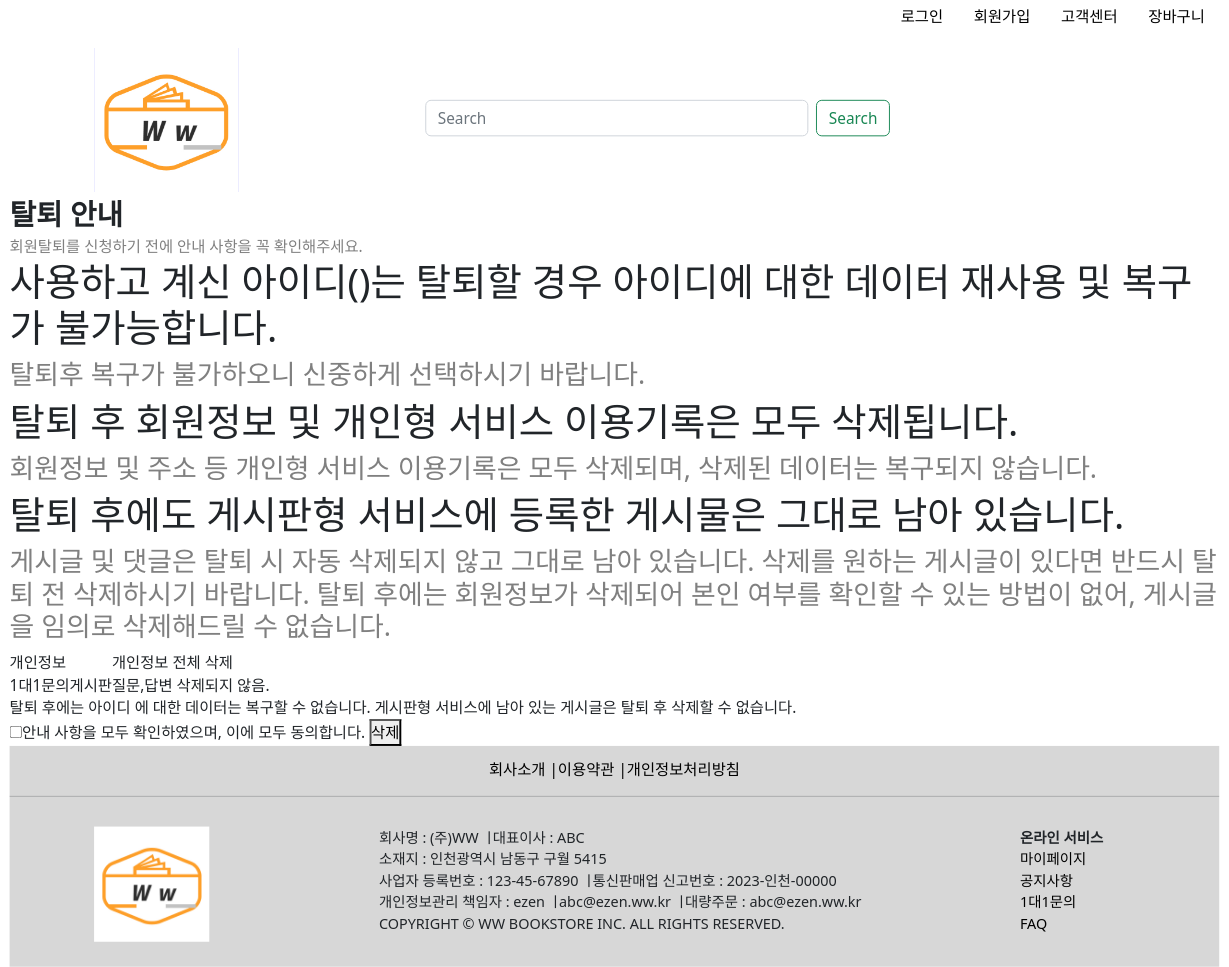
Repository: leehyeonung/project6
Page: http://localhost/book/WEB-INF/views/member/delete.jsp
The author's editor kept a copy of each file at every save. The page is drawn from the files as they stood at one save, then again after the next save.
The browser window is 1280 px wide. The pictures show the whole page, at 96% of full size.
The page is served by Tomcat 9. Nobody is signed in. Other server files are loaded and not shown. The template is opened directly, without the code that normally fills it, so the values that code supplies are empty.

Above is the page before, as saved 2023-01-06 05:46:23.

### book/src/main/webapp/WEB-INF/views/member/delete.jsp
<%@ page language="java" contentType="text/html; charset=UTF-8"
    pageEncoding="UTF-8"%>
<%@ taglib uri="http://java.sun.com/jsp/jstl/core" prefix="c"%>
<link rel="stylesheet" type="text/css" href="/resources/css/delete.css">

<!DOCTYPE html>
<html>
<head>
<meta charset="UTF-8">
<title>Insert title here</title>
<link rel="stylesheet" type="text/css" href="/resources/css/main.css">
</head>
<body>

<jsp:include page="../layout/header.jsp"></jsp:include>
<div class="main">
<div class="subject">탈퇴 안내</div>
<div class="short">회원탈퇴를 신청하기 전에 안내 사항을 꼭 확인해주세요.</div>
<h1>사용하고 계신 아이디(${ses.mem_id})는 탈퇴할 경우 아이디에 대한 데이터 재사용 및 복구가 불가능합니다.</h1>
<h3>탈퇴후 복구가 불가하오니 신중하게 선택하시기 바랍니다.</h3>
<h1>탈퇴 후 회원정보 및 개인형 서비스 이용기록은 모두 삭제됩니다.</h1>
<h3>회원정보 및 주소 등 개인형 서비스 이용기록은 모두 삭제되며, 삭제된 데이터는 복구되지 않습니다.</h3>
<h1>탈퇴 후에도 게시판형 서비스에 등록한 게시물은 그대로 남아 있습니다.</h1>
<h3> 게시글 및 댓글은 탈퇴 시 자동 삭제되지 않고 그대로 남아 있습니다.
삭제를 원하는 게시글이 있다면 반드시 탈퇴 전 삭제하시기 바랍니다.
탈퇴 후에는 회원정보가 삭제되어 본인 여부를 확인할 수 있는 방법이 없어, 게시글을 임의로 삭제해드릴 수 없습니다.</h3>
<table>
<tr>
<td>개인정보</td>
<td>개인정보 전체 삭제</td>
</tr>
<tr>
<td>1대1문의게시판</td>
<td>질문,답변 삭제되지 않음.</td>
</tr>
</table>
탈퇴 후에는 아이디 ${ses.mem_id}에 대한 데이터는 복구할 수 없습니다.
게시판형 서비스에 남아 있는 게시글은 탈퇴 후 삭제할 수 없습니다.
<form action="/mem/delete?mem_num=${ses.mem_num}" method="post" >
<input type="checkbox" name="deletecheck" value="okay">안내 사항을 모두 확인하였으며, 이에 모두 동의합니다.
<button type="submit">삭제</button>
</form>
</div>
<jsp:include page="../layout/footer.jsp"></jsp:include>
</body>
</html>

### book/src/main/webapp/WEB-INF/views/layout/header.jsp
<%@ page language="java" contentType="text/html; charset=UTF-8"
    pageEncoding="UTF-8"%>
<%@ taglib uri="http://java.sun.com/jsp/jstl/core" prefix="c"%>
<!DOCTYPE html>
<html>
<head>
<meta charset="UTF-8">
<title>Insert title here</title>
<!-- CSS only -->
<link href="https://cdn.jsdelivr.net/npm/bootstrap@5.2.2/dist/css/bootstrap.min.css"
rel="stylesheet" integrity="sha384-Zenh87qX5JnK2Jl0vWa8Ck2rdkQ2Bzep5IDxbcnCeuOxjzrPF/et3URy9Bv1WTRi"
crossorigin="anonymous">
<link rel="stylesheet" type="text/css" href="/resources/css/header.css">
</head>
<body>

<div class="header">
    <div class="menu">
        <c:if test="${ses.mem_id ==null}">
        <ul><a href="/mem/loginPage">로그인</a></ul>
        <ul><a href="/mem/joinPage">회원가입</a></ul>
        </c:if>
        <c:if test="${ses.mem_id == 'admin' }">
        <ul><a href="/mem/logOut">로그아웃</a></ul>
        <ul><a href="/mem/adminpage">관리인페이지</a></ul>
        </c:if>
        <c:if test="${ses.mem_id !=null && ses.mem_id !='admin' }">
        <ul><a href="/mem/logOut">로그아웃</a></ul>
        <ul><a href="/mem/mypage">마이페이지</a></ul>
        </c:if>
        <ul><a href="#">고객센터</a></ul>
        <ul><a href="#">장바구니</a></ul>
    </div>
    <div class="bar">
       <div class="logo">
         <a href="/"><img src="/resources/image/logo.jpg" alt="로고"></a>
       </div>
         <div class="searchBar">
            <form class="d-flex" role="search">
                 <input class="form-control me-2" type="search" placeholder="Search" aria-label="Search">
                 <button class="btn btn-outline-success" type="submit">Search</button>
              </form>
         </div>
       <div class="icons">
         <a href=""><i class="fa-solid fa-cart-shopping"></i></a>
            <a href=""><i class="fa-solid fa-user"></i></a>
       </div>
    </div>
</div>
</body>
</html>

### book/src/main/webapp/WEB-INF/views/layout/footer.jsp
<%@ page language="java" contentType="text/html; charset=UTF-8"
   pageEncoding="UTF-8"%>
<!DOCTYPE html>
<html>
<head>
<meta charset="UTF-8">
<title>Insert title here</title>
<link rel="stylesheet" type="text/css" href="/resources/css/footer.css">

</head>

<body>
   <div class="footer">
      <div class="footer-top">
         <ul>
            <li><a href="">회사소개 | </a></li>
            <li><a href="">이용약관 | </a></li>
            <li><a href="">개인정보처리방침</a></li>
         </ul>
      </div>
      <hr>
      <div class="address">
         <div class="footer-logo">
            <img src="/resources/image/logo.jpg" alt="로고">
         </div>
         <div class="address-box">
            <ul>
               <li>회사명 : (주)WW <span style="margin-right: -7px;">ㅣ</span>
                  대표이사 : ABC
               </li>

               <li>소재지 : 인천광역시 남동구 구월 5415</li>
               <li>사업자 등록번호 : 123-45-67890 <span style="margin-right: -7px;">ㅣ</span>
                  통신판매업 신고번호 : 2023-인천-00000
               </li>

               <li>개인정보관리 책임자 : ezen <span style="margin-right: -7px;">ㅣ</span>
                  abc@ezen.ww.kr <span style="margin-right: -7px;">ㅣ</span> 대량주문 :
                  abc@ezen.ww.kr
               </li>

               <li>COPYRIGHT © WW BOOKSTORE INC. ALL RIGHTS RESERVED.</li>

            </ul>

         </div>
         <div class="online-serviceBar">
            <strong>온라인 서비스</strong>
            <ul>
               <li><a href="">마이페이지</a></li>
               <li><a href="">공지사항</a></li>
               <li><a href="">1대1문의</a></li>
               <li><a href="">FAQ</a></li>
            </ul>
         </div>
      </div>
   </div>

</body>
</html>

### book/src/main/webapp/resources/css/delete.css
@charset "UTF-8";

.main{
	margin: 0px 196px;
}
.subject{
	font-size: 30px;
	font-weight: bold;

}
.short{
	color: gray;
}
h1{
	font-size: 10px;
}

h3{
	color: gray;
}

### book/src/main/webapp/resources/css/main.css
@charset "UTF-8";

.main{
	width:1260px;
	margin: 0 auto;
}

### book/src/main/webapp/resources/css/header.css
@charset "UTF-8";
*{
	margin: 0px;
	padding: 0px;
}
.header{
    width: 1260px;
    height: 200px;
   /*  background-color: pink; */
}
.menu{
   display: flex;
   justify-content: flex-end;
   padding:5px;

}
.logo{
    width: 150px;
    height: 150px;
    background-color: blue;
}
.logo>a>img{
    width: 150px;
    height: 150px;
}
.searchBar{
   /* position:absolute; */
    width: 484px;
    height: 42px;
    /* background-color: gold; */
    margin-top:54px;
    border-radius: 30px;

}
.bar{

   height: 150px;
   display: flex;
   flex-direction: row;
   flex-wrap:nowrap;
   justify-content:space-around;
/*    align-items: baseline; */


}
i{
    font-size: 42px;
    color: black;
    margin-top:54px;
    margin-right: 20px;
}

### book/src/main/webapp/resources/css/footer.css
@charset "UTF-8";
.footer {
   width: 1260px;
   height: 230px;
   background-color: rgba(175, 175, 175, 0.5);
   margin: 0 auto;
}

.footer-logo {

   width: 120px;
   height: 120px;
   background-color: beige;
}
.footer-logo>img{
   width: 120px;
   height: 120px;
}

.address-box {
   text-align: left;
   padding: 0;
   margin: 0;
}

.address {
   padding: 15px;
   height: 150px;
   display: flex;
   font-size: 15px;
   /* align-items: baseline; */
   flex-direction: row;
   flex-wrap: nowrap;
   justify-content: space-around;
}

ul {
   list-style: none;
}

.footer, .address li {

}

.footer-top {
   text-align: center;
   padding-top: 12px;
}

.footer-top>ul {
   margin: 0;
   padding: 0;
   display: flex;
   justify-content: center;
}

.footer-top>li {
   margin: 0;
   padding: 0;
}

a {
   text-decoration-line: none;
   color: black;
}

a:visited {
   text-decoration: none;
}

a:hover {
   text-decoration: none;
}

a:focus {
   text-decoration: none;
}

a:hover, a:active {
   text-decoration: none;
}

.online-serviceBar {
   padding: 0px;
   margin-left: 20px;
   width: 120px;
   height: 120px;
}

.online-serviceBar>ul {
   margin: 0px;
   padding: 0px;
}

After the next save:
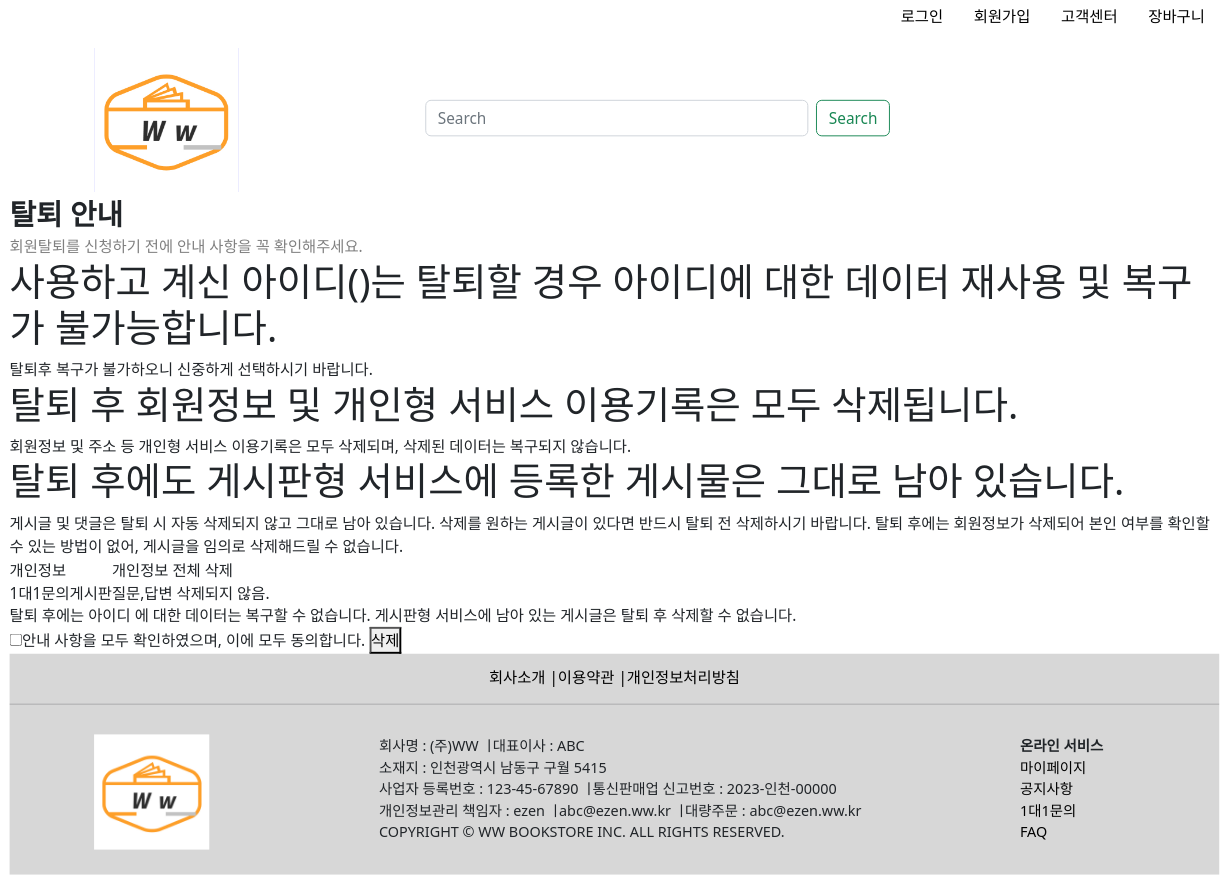
Saved 59 s later.
--- a/book/src/main/webapp/WEB-INF/views/member/delete.jsp
+++ b/book/src/main/webapp/WEB-INF/views/member/delete.jsp
@@ -17,13 +17,13 @@
 <div class="subject">탈퇴 안내</div>
 <div class="short">회원탈퇴를 신청하기 전에 안내 사항을 꼭 확인해주세요.</div>
 <h1>사용하고 계신 아이디(${ses.mem_id})는 탈퇴할 경우 아이디에 대한 데이터 재사용 및 복구가 불가능합니다.</h1>
-<h3>탈퇴후 복구가 불가하오니 신중하게 선택하시기 바랍니다.</h3>
+탈퇴후 복구가 불가하오니 신중하게 선택하시기 바랍니다.
 <h1>탈퇴 후 회원정보 및 개인형 서비스 이용기록은 모두 삭제됩니다.</h1>
-<h3>회원정보 및 주소 등 개인형 서비스 이용기록은 모두 삭제되며, 삭제된 데이터는 복구되지 않습니다.</h3>
+회원정보 및 주소 등 개인형 서비스 이용기록은 모두 삭제되며, 삭제된 데이터는 복구되지 않습니다.
 <h1>탈퇴 후에도 게시판형 서비스에 등록한 게시물은 그대로 남아 있습니다.</h1>
-<h3> 게시글 및 댓글은 탈퇴 시 자동 삭제되지 않고 그대로 남아 있습니다.
+게시글 및 댓글은 탈퇴 시 자동 삭제되지 않고 그대로 남아 있습니다.
 삭제를 원하는 게시글이 있다면 반드시 탈퇴 전 삭제하시기 바랍니다.
-탈퇴 후에는 회원정보가 삭제되어 본인 여부를 확인할 수 있는 방법이 없어, 게시글을 임의로 삭제해드릴 수 없습니다.</h3>
+탈퇴 후에는 회원정보가 삭제되어 본인 여부를 확인할 수 있는 방법이 없어, 게시글을 임의로 삭제해드릴 수 없습니다.
 <table>
 <tr>
 <td>개인정보</td>
